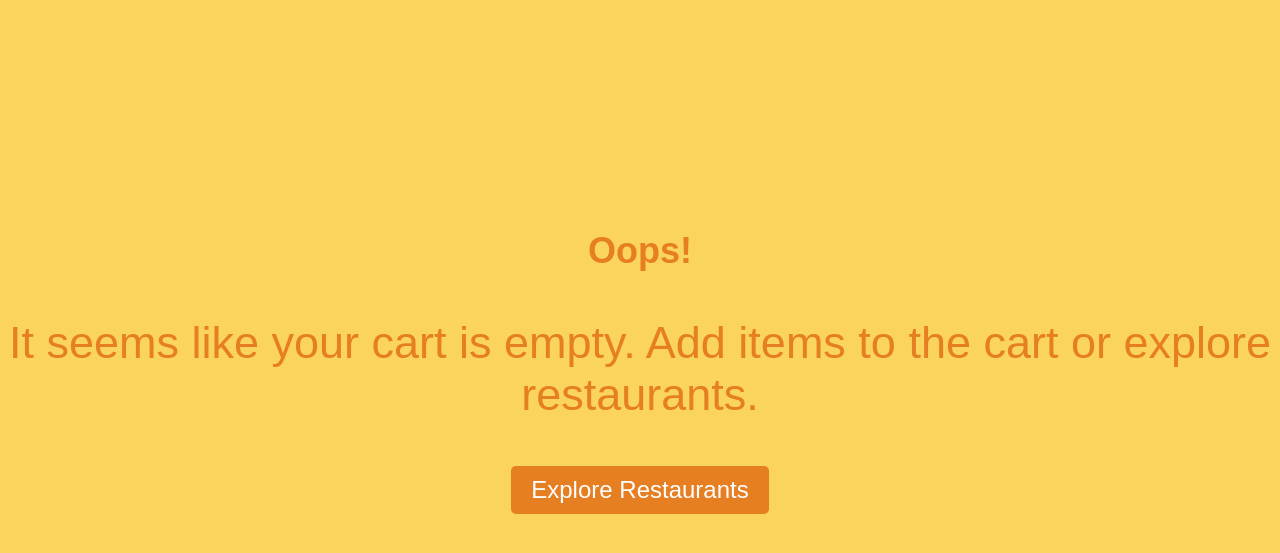
Repository: SWATHIBHUMA/FoodDelivaryApp
Page: http://localhost/FoodDelivaryApp/errorPage.jsp
The author's editor kept a copy of each file at every save. The page is drawn from the files as they stood at one save, then again after the next save.
The browser window is 1280 px wide. The pictures show the whole page.
The page is served by Tomcat 9.

Above is the page before, as saved 2024-01-14 12:02:39.

After the next save:
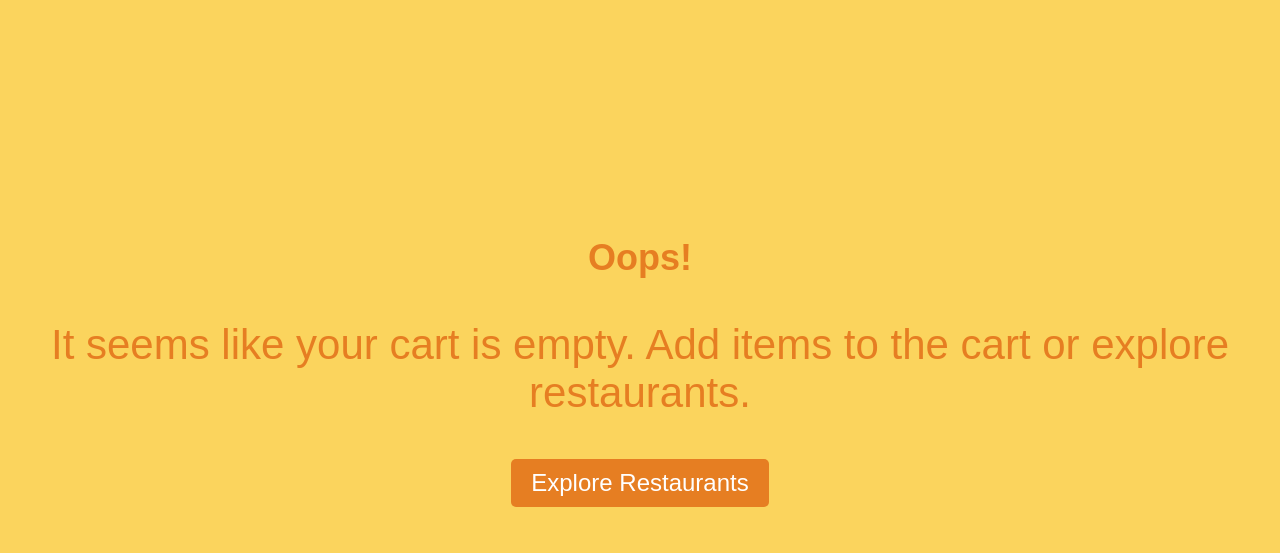
Saved 9 s later.
--- a/FoodDelivaryApp/src/main/webapp/errorPage.jsp
+++ b/FoodDelivaryApp/src/main/webapp/errorPage.jsp
@@ -29,7 +29,7 @@
 
         p {
             color: #e67e22; /* Dark orange text */
-            font-size: 45px; /* Increased font size */
+            font-size: 42px; /* Increased font size */
             animation: fadeIn 1s ease; /* Add fade-in animation */
         }
 
